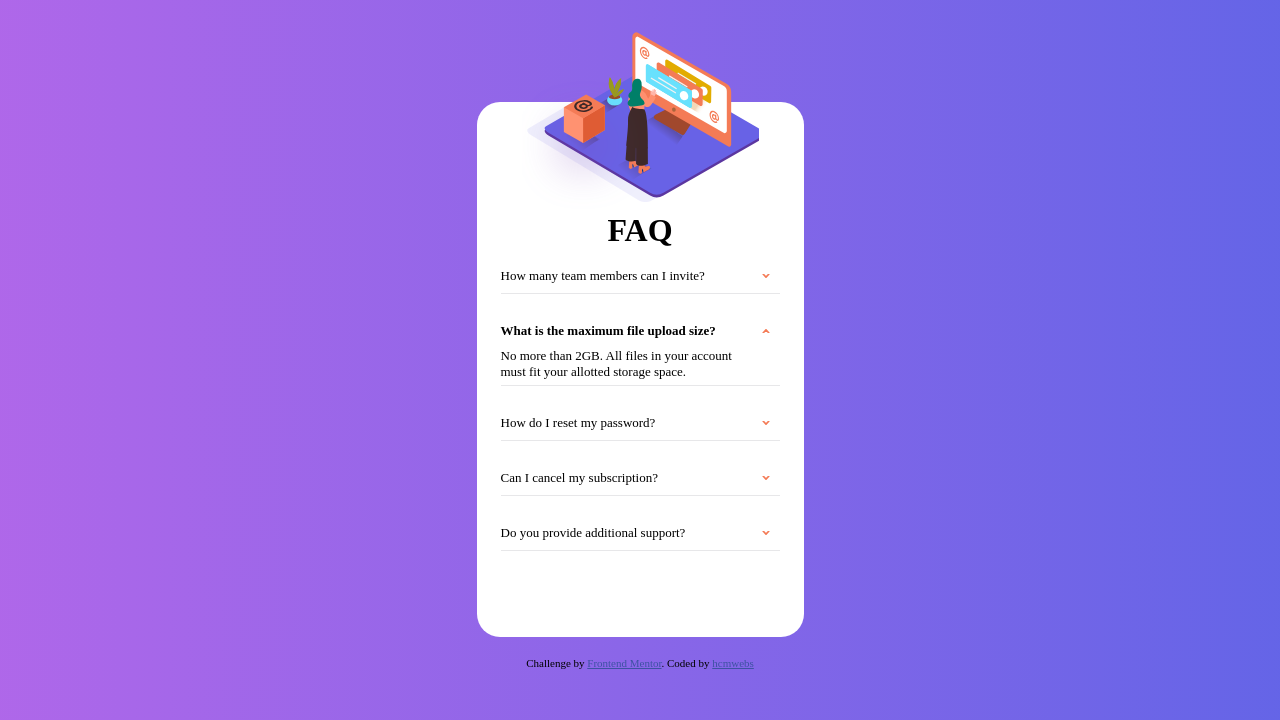
Repository: Hcmwebs/faq-accordion-card
Page: index.html
An editor plug-in stored every save of this project. The page is shown before and after the next save, followed by the edit.
The browser window is 1280 px wide. The pictures show the whole page.
The style sheet was rebuilt from its Sass, Less or Tailwind sources for each picture, by a compiler version that may differ from the author's.

Above is the page before, as saved 2020-11-06 12:59:18.

### index.html
<!DOCTYPE html>
<html lang="en">
  <head>
    <meta charset="UTF-8" />
    <meta name="viewport" content="width=device-width, initial-scale=1.0" />
    <!-- displays site properly based on user's device -->

    <link
      rel="icon"
      type="image/png"
      sizes="32x32"
      href="./images/favicon-32x32.png"
    />
    <link rel="stylesheet" href="css/main.min.css" />

    <title>Frontend Mentor | FAQ Accordion Card</title>

    <!-- Feel free to remove these styles or customise in your own stylesheet 👍 -->
  </head>
  <body>
    <div class="container">
      <div class="card">
        <div class="card__header">
          <img
            src="/images/illustration-woman-online-mobile.svg"
            alt="image of a woman online"
          />
        </div>

        <div class="card__body">
          <h1 class="card__body--title">faq</h1>
          <div class="card__body--item">
            <div class="card__body--item--title">
              <h2>How many team members can I invite?</h2>
              <button>
                <img src="/images/icon-arrow-down.svg" alt="icon-arrow-down" />
              </button>
            </div>
            <p class="d-N">
              You can invite up to 2 additional users on the Free plan.There is
              no limit on team members for the Premium plan.
            </p>
            <div class="card__body--item--divider"></div>
          </div>

          <div class="card__body--item">
            <div class="card__body--item--title">
              <h2><strong>What is the maximum file upload size?</strong></h2>
              <button>
                <img
                  src="/images/icon-arrow-down.svg"
                  alt="icon-arrow-down"
                  class="rotate"
                />
              </button>
            </div>
            <p>
              No more than 2GB. All files in your account must fit your allotted
              storage space.
            </p>
            <div class="card__body--item--divider"></div>
          </div>

          <div class="card__body--item">
            <div class="card__body--item--title">
              <h2>How do I reset my password?</h2>
              <button>
                <img src="/images/icon-arrow-down.svg" alt="icon-arrow-down" />
              </button>
            </div>
            <p class="d-N">
              Click “Forgot password” from the login page or “Change password”
              from your profile page. A reset link will be emailed to you.
            </p>
            <div class="card__body--item--divider"></div>
          </div>

          <div class="card__body--item">
            <div class="card__body--item--title">
              <h2>Can I cancel my subscription?</h2>
              <button>
                <img src="/images/icon-arrow-down.svg" alt="icon-arrow-down" />
              </button>
            </div>
            <p class="d-N">
              Yes! Send us a message and we’ll process your request no questions
              asked.
            </p>
            <div class="card__body--item--divider"></div>
          </div>

          <div class="card__body--item">
            <div class="card__body--item--title">
              <h2>Do you provide additional support?</h2>
              <button>
                <img src="/images/icon-arrow-down.svg" alt="icon-arrow-down" />
              </button>
            </div>
            <p class="d-N">
              Chat and email support is available 24/7. Phone lines are open
              during normal business hours.
            </p>
            <div class="card__body--item--divider"></div>
          </div>
        </div>
      </div>

      <div class="attribution">
        Challenge by
        <a href="https://www.frontendmentor.io?ref=challenge" target="_blank"
          >Frontend Mentor</a
        >. Coded by
        <a
          href="https://github.com/Hcmwebs/faq-accordion-card.git"
          target="_blank"
          rel="noopener noreferrer"
          >hcmwebs</a
        >
      </div>
    </div>
  </body>
</html>

### scss/main.scss

// /*====fonts====*/

// @import url('https://fonts.googleapis.com/css2?family=Kumbh+Sans:wght@400;700&display=swap');

// $font-stack: 'Kumbh Sans',sans-serif;
// $font-size: 10px;
// $font-light: 400;
// $font-bold: 700;


// /*====primary color====*/
// /*====text-color====*/

// $veryDarkDesaturatedBlue: hsl(238, 29%, 16%);
// $softRed: hsl(14, 88%, 65%);

// /*====background -gradient====*/

// $gradientSoftViolet: hsl(273, 75%, 66%);
// $gradientSoftBlue: hsl(240, 73%, 65%);

// /*====Neutral color====*/
// /*====text-color====*/

// $veryDarkGrayishBlue: hsl(237, 12%, 33%);
// $darkGrayishBlue: hsl(240, 6%, 50%);

// /*====dividers-color====*/

// $dividersLightGrayishBlue: hsl(240, 5%, 91%);

@import 'variables';
@import 'mixins';


*{
  margin: 0;
  padding: 0;
  box-sizing: border-box;
}

.body{
width: 100%;
height: 100vh;
font-family: 'Kumbh Sans',sans-serif;
font-size: $font-size;
font-weight: $font-light;
@include grid($center, $center);
}

.container{
  width: 100%;
  height: 100vh;
  background: linear-gradient(90deg,$gradientSoftViolet 0%,$gradientSoftBlue 100%);
  @include flex($column, $center, $center);

  .card{
    width: 327px;
    height:535px;
    background:#fff url(/images/bg-pattern-mobile.svg) no-repeat 50px -130px;
    background-size: 230px 230px;
    border-radius:23px;
    margin-top: 50px;
    padding: 10px;
    @include flex($column,$center,$center);
    position: relative;


    &__header{
      width: 237px;
      height: 180px;
      position: absolute;
      top: -40px;
      transform: translateY(-30px);

      img{
        width: 100%;
        height: 100%;
        object-fit: cover;

      }

    }


    &__body{
      width: 100%;
      height: 354px;
      padding:20px;
      @include grid($center,$center);
      grid-template-columns: 1fr;
      gap: 5px;


      &--title{
      font-weight: $font-bold;
      font-size: 32px;
      text-transform: uppercase;
      margin: 0 auto;
      }

      &--item{
        width: 279px;
        margin: 0 auto;
        padding: 10px;
        @include grid($center,$center);
        gap: 5px;
        cursor: pointer;
        transition: all 0.75s ease-in-out;

        &:hover{
          transform: scale(0.98);
          box-shadow: 0 2px 20px $darkGrayishBlue;
        }


        &--title{
          width: 279px;
          @include flex($row,$spaceBetween,$center);

          h2{
            font-size: 13px;
            font-weight: $font-light;
          }

          button{
            margin-left: 20px;
            padding: 10px;
            cursor: pointer;
            background-color: transparent;
            border: none;
            @include grid($center,$center);
            transition: all 0.75s ease-in-out;


            img{
              width: 8px;
              height: 4px;
              display: block;
              object-fit: cover;
              color:$softRed;

            }

          }
        }

        p{
          width: 85%;
          font-size: 13px;
        }

        &--divider{
          width: 100%;
          height: 1px;
          background-color:$dividersLightGrayishBlue;
        }
      }

    }

  }

  .attribution {
    font-size: 11px;
    text-align: center;
    margin-top:20px  ;


  }

  .attribution a {
    color: hsl(228, 45%, 44%);
  }
}

.d-N {
  display:none;
}

.rotate{
  transform: rotate(180deg);
}




@import 'medias';

### scss/_variables.scss
/*====fonts====*/

@import url('https://fonts.googleapis.com/css2?family=Kumbh+Sans:wght@400;700&display=swap');

$font-stack: 'Kumbh Sans',sans-serif;
$font-size: 10px;
$font-light: 400;
$font-bold: 700;


/*====primary color====*/
/*====text-color====*/

$veryDarkDesaturatedBlue: hsl(238, 29%, 16%);
$softRed: hsl(14, 88%, 65%);

/*====background -gradient====*/

$gradientSoftViolet: hsl(273, 75%, 66%) ;
$gradientSoftBlue: hsl(240, 73%, 65%);

/*====Neutral color====*/
/*====text-color====*/

$veryDarkGrayishBlue: hsl(237, 12%, 33%);
$darkGrayishBlue: hsl(240, 6%, 50%);

/*====dividers-color====*/

$dividersLightGrayishBlue: hsl(240, 5%, 91%);


/*====alignments====*/
$flexStart: flex-start;
$flexEnd: flex-End;
$center: center;
$spaceAround: space-around;
$spaceBetween: space-between;


/*====placeItems====*/

$placeItems: place-items;


/*====justify====*/

$justify: justify-content;

/*====align====*/
$align: align-items;

/*====direction====*/
$direction: flex-direction;
$row:row;
$column:column;

### scss/_mixins.scss
/*====grid====*/
@mixin grid ($justify,$align){

  display: grid;
  justify-content: $justify;
  align-items: $align;
}

@mixin flex ($direction, $justify, $align) {
  display: flex;
  flex-direction: $direction;
  justify-content: $justify;
  align-items: $align;

}

### scss/_medias.scss
/*====Mobile: 375px;====*/
/*====Desktop: 1440px;====*/


@media(max-width: 1440px){
  .container{
    min-width: 800px;

    .card{
      background-image:url(/images/bg-pattern-desktop.svg);
    }
  }
}

@media(max-width:375px){
  .container{
    min-width:320px;
  }
}

After the next save:
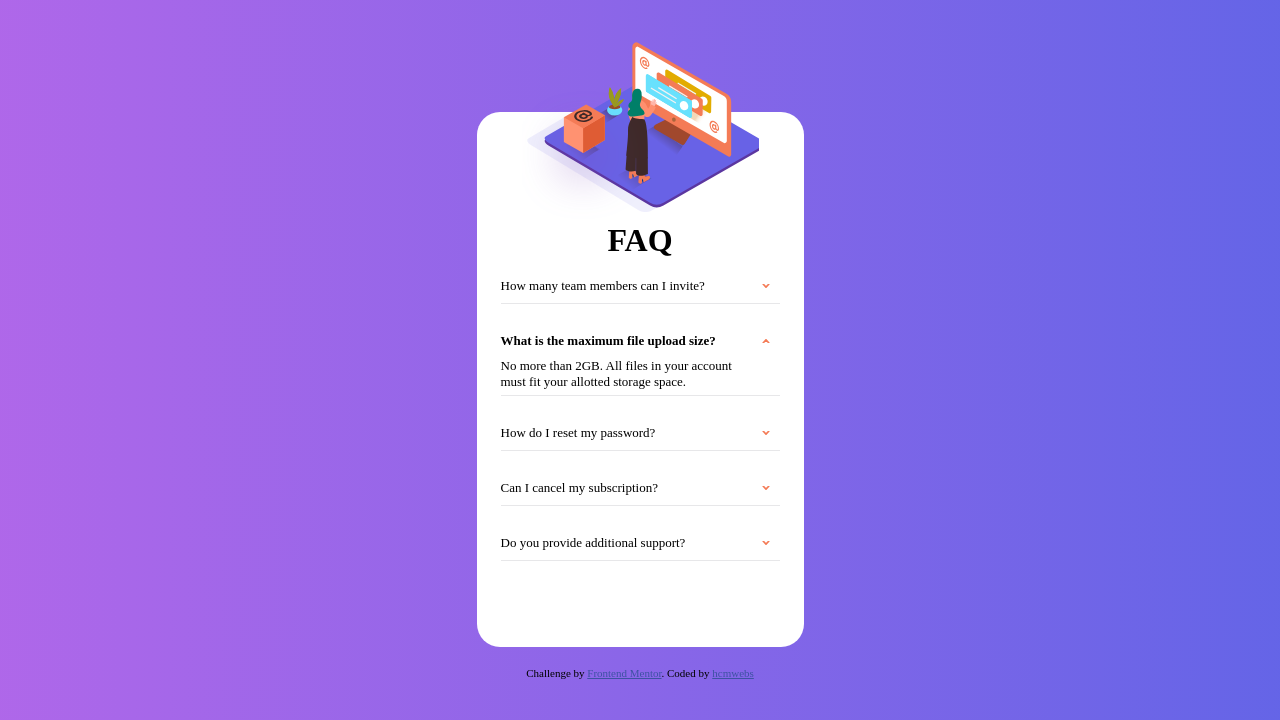
Saved 12 s later.
--- a/scss/main.scss
+++ b/scss/main.scss
@@ -61,7 +61,7 @@ font-weight: $font-light;
     background:#fff url(/images/bg-pattern-mobile.svg) no-repeat 50px -130px;
     background-size: 230px 230px;
     border-radius:23px;
-    margin-top: 50px;
+    margin-top: 70px;
     padding: 10px;
     @include flex($column,$center,$center);
     position: relative;
